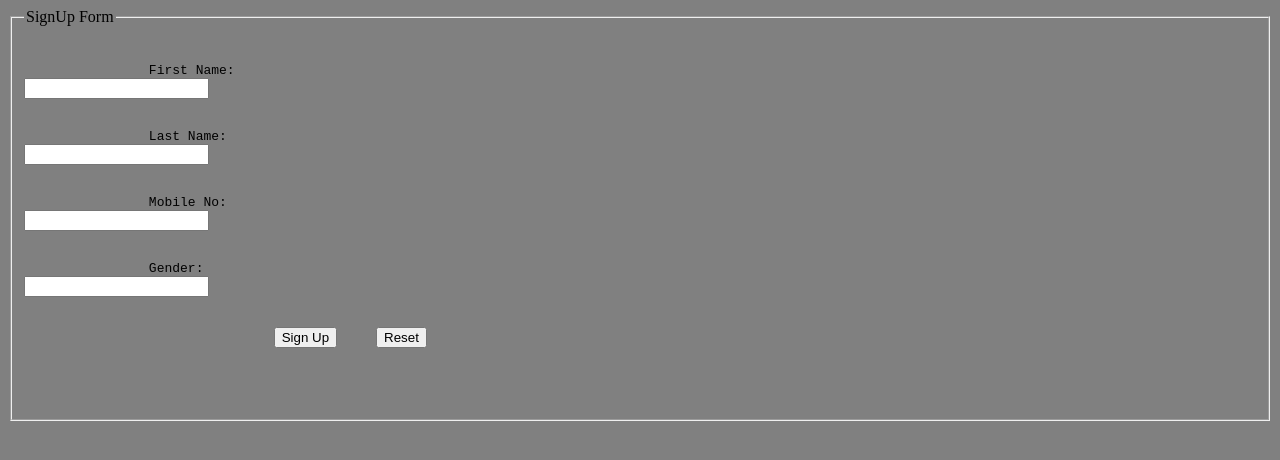
Repository: USChaurasiya/SpringCore
Page: http://localhost/SpringExample/
The author's editor kept a copy of each file at every save. The page is drawn from the files as they stood at one save, then again after the next save.
The browser window is 1280 px wide. The pictures show the whole page.
The page is served by Tomcat 9.

Above is the page before, as saved 2017-02-14 07:42:28.

After the next save:
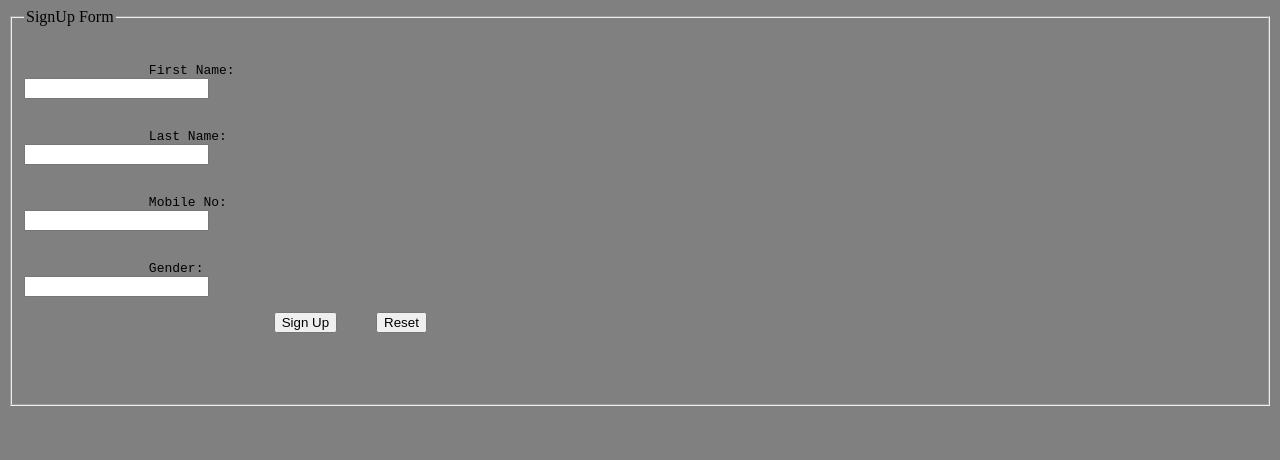
Saved 9 s later.
--- a/SpringExample/WebContent/Signup.jsp
+++ b/SpringExample/WebContent/Signup.jsp
@@ -19,7 +19,7 @@
 
                 <span>Mobile No: </span> <div><input type="text" name="mobile"></div>
 
-                <span>Gender: </span>  <div><input type="text" name="gender"></div>
+                <span>Gender: </span>  <div><input type="text" name="gender"></span>
 
 				<span><input type="submit" value="Sign Up">     <input type="reset"></span>
 
